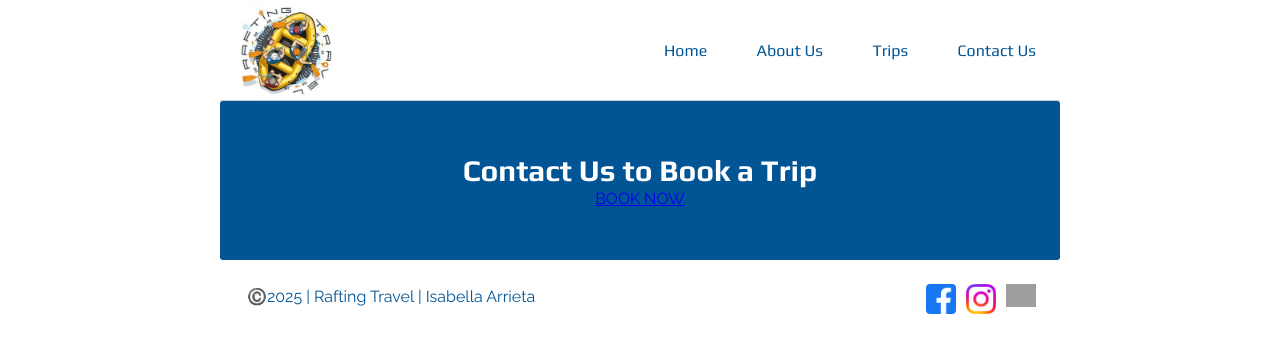
Repository: isaAJ05/wdd130
Page: wwr/trips.html
These files come from the project's save history. The page is drawn as it stood at one moment and after the next save; the edit follows.
The browser window is 1280 px wide. The pictures show the whole page.
Pictures or frames that could not be fetched are drawn as grey boxes.

Above is the page before, as saved 2025-06-16 23:07:05.

After the next save:
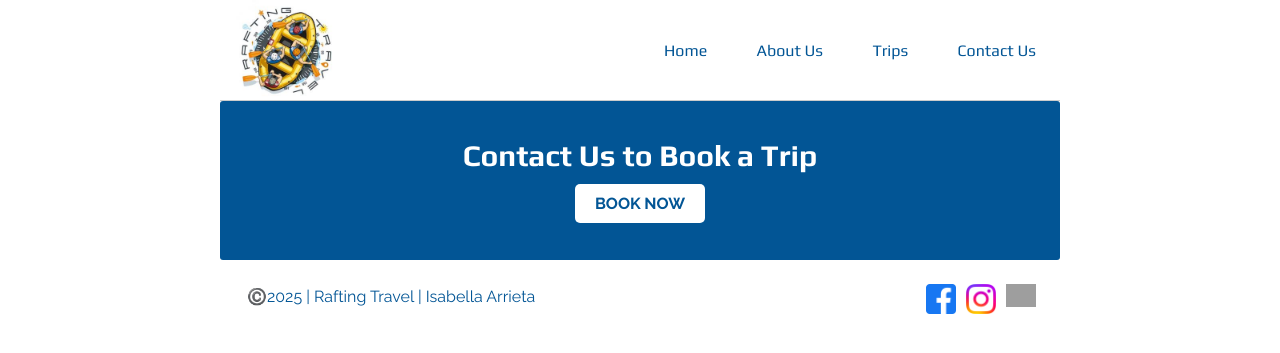
Saved 37 s later.
--- a/wwr/styles/rafting.css
+++ b/wwr/styles/rafting.css
@@ -490,8 +490,7 @@ input[type="radio"]{
 	font-family: var(--heading-font);
 	color: #ffffff;
 }
-
-.hero-text .btn {
+.btn {
 	display: inline-block;
 	margin-top: 10px;
 	padding: 10px 20px;
